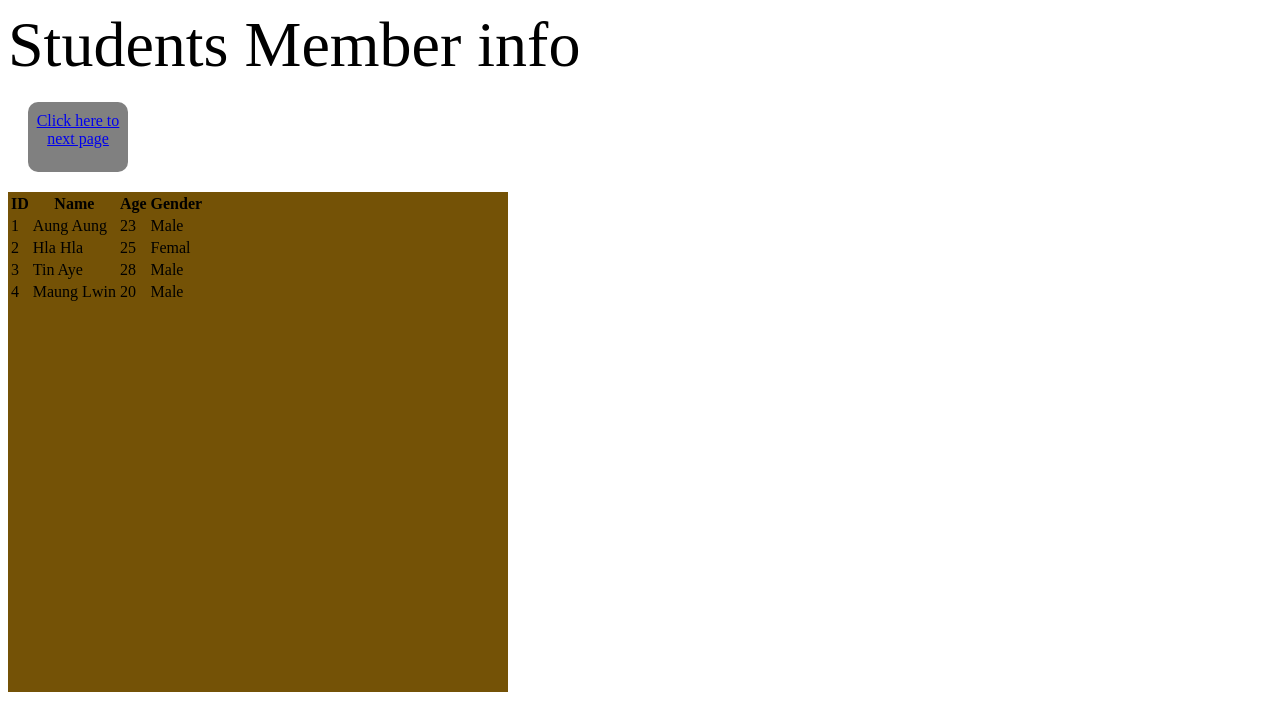
Repository: ThantLwinSoe/Servlet
Page: 01-Communication/src/main/webapp/index.html
An editor plug-in stored every save of this project. The page is shown before and after the next save, followed by the edit.
The browser window is 1280 px wide. The pictures show the whole page.

Above is the page before, as saved 2023-02-07 02:46:08.

### 01-Communication/src/main/webapp/index.html
<!DOCTYPE html>
<html>
<head>
<meta charset="UTF-8">
<style>
h {
	font-size: 4em;
}
.d_link {

	margin: 20px;
	padding-top: 10px;
	width: 100px;
	height: 60px;
	border-radius: 10px;
	background: gray;
	text-align: center;
}
.st_info {
	margin-top: 20px;
	width: 500px;
	height: 500px;
	background: #745206;
}
</style>
<title>Servlet Communication</title>
</head>
<body>
	<h>Students Member info</h>
	<div class="d_link">
		<a href="hello">Click here to next page</a>
	</div>
	<div class="st_info">
		<table>
			<thead>
				<tr>
					<th>ID</th>
					<th>Name</th>
					<th>Age</th>
					<th>Gender</th>
				</tr>
			</thead>
			<tbody>
				<tr>
					<td>1</td>
					<td>Aung Aung</td>
					<td>23</td>
					<td>Male</td>
				</tr>
				<tr>
					<td>2</td>
					<td>Hla Hla</td>
					<td>25</td>
					<td>Femal</td>
				</tr>
				<tr>
					<td>3</td>
					<td>Tin Aye</td>
					<td>28</td>
					<td>Male</td>
				</tr>
				<tr>
					<td>4</td>
					<td>Maung Lwin</td>
					<td>20</td>
					<td>Male</td>
				</tr>
			</tbody>
		</table>
	</div>
</body>
</html>

After the next save:
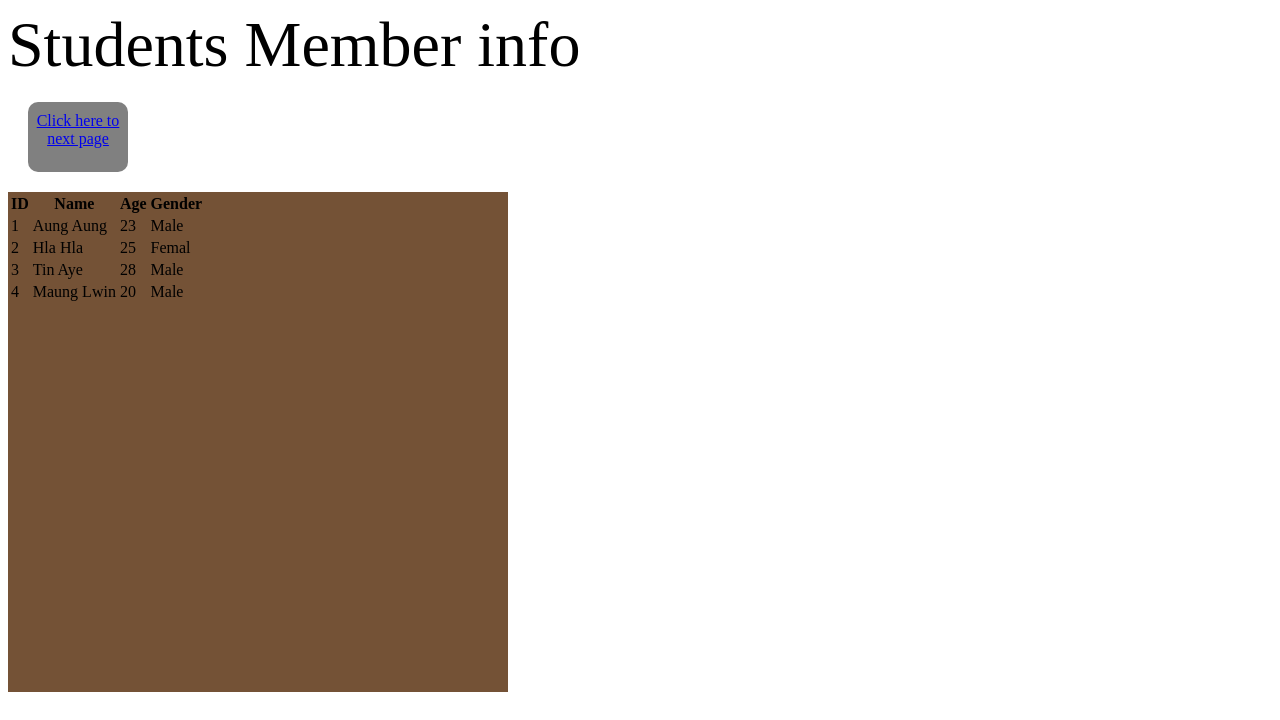
Saved 10 s later.
--- a/01-Communication/src/main/webapp/index.html
+++ b/01-Communication/src/main/webapp/index.html
@@ -20,7 +20,7 @@ h {
 	margin-top: 20px;
 	width: 500px;
 	height: 500px;
-	background: #745206;
+	background: #745236;
 }
 </style>
 <title>Servlet Communication</title>
